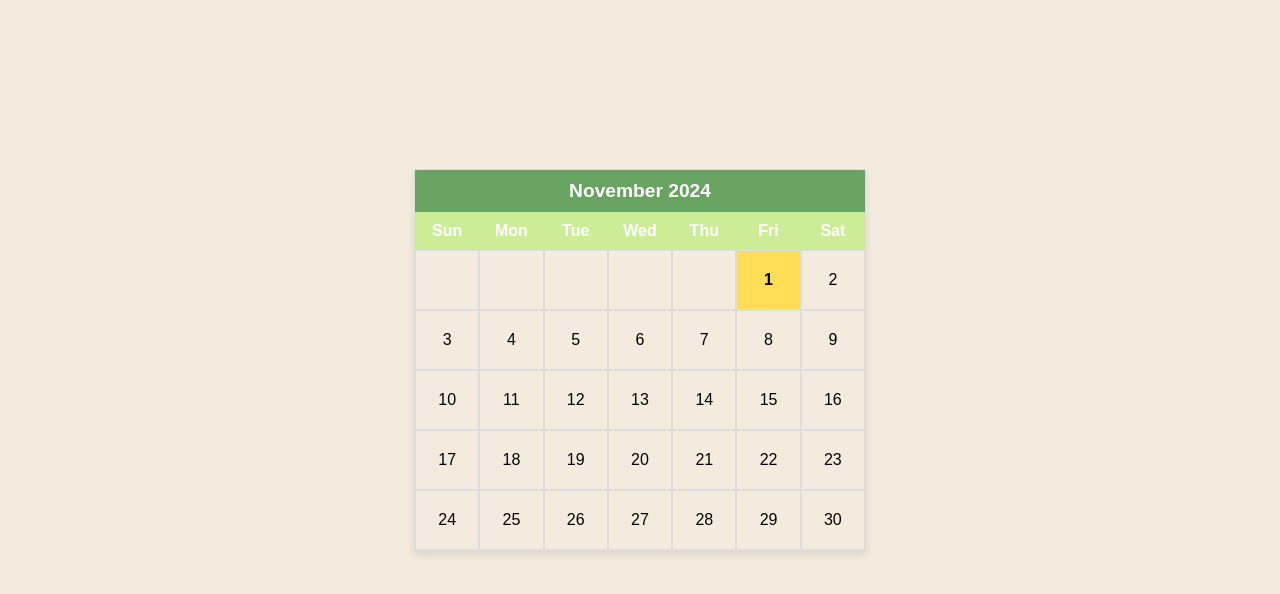
Repository: carrascokarencb37-afk/Nuura
Page: html/calendario.html
An editor plug-in stored every save of this project. The page is shown before and after the next save, followed by the edit.
The browser window is 1280 px wide. The pictures show the whole page.

Above is the page before, as saved 2026-05-28 23:28:50.

### html/calendario.html
<!DOCTYPE html>
<html lang="en">
<head>
    <meta charset="UTF-8">
    <meta name="viewport" content="width=device-width, initial-scale=1.0">
    <title>Simple HTML Calendar - November 2024</title>
    <link rel="stylesheet" href="../css/cale.css">
</head>
<body>
    <!-- Calendar Container -->
    <div class="calendar">
        <!-- Month and Year Header -->
        <div class="calendar-header">November 2024</div>

        <!-- Days of the Week -->
        <div class="calendar-days">
            <div>Sun</div>
            <div>Mon</div>
            <div>Tue</div>
            <div>Wed</div>
            <div>Thu</div>
            <div>Fri</div>
            <div>Sat</div>
        </div>

        <!-- Calendar Dates -->
        <div class="calendar-dates">
            <!-- Blank spaces for days before the month starts on Friday -->
            <div></div>
            <div></div>
            <div></div>
            <div></div>
            <div></div>
            <div class="today">1</div>
            <div>2</div>
            <div>3</div>
            <div>4</div>
            <div>5</div>
            <div>6</div>
            <div>7</div>
            <div>8</div>
            <div>9</div>
            <div>10</div>
            <div>11</div>
            <div>12</div>
            <div>13</div>
            <div>14</div>
            <div>15</div>
            <div>16</div>
            <div>17</div>
            <div>18</div>
            <div>19</div>
            <div>20</div>
            <div>21</div>
            <div>22</div>
            <div>23</div>
            <div>24</div>
            <div>25</div>
            <div>26</div>
            <div>27</div>
            <div>28</div>
            <div>29</div>
            <div>30</div>
</body>
</html>

### css/cale.css

        /* Basic page styling */
        body {
            font-family: Arial, sans-serif;
            display: flex;
            justify-content: center;
            align-items: center;
            min-height: 100vh;
            background-color: #f3ecde;
            margin: 0;
        }

        /* Calendar container */
        .calendar {
            width: 450px;
            border: 1px solid #ddd;
            box-shadow: 0 4px 8px rgba(0, 0, 0, 0.1);
        }

        /* Calendar header styling */
        .calendar-header {
            text-align: center;
            background-color: #619f5af1;
            color: white;
            padding: 10px;
            font-size: 1.2em;
            font-weight: bold;
        }

        /* Days of the week styling */
        .calendar-days {
            display: grid;
            grid-template-columns: repeat(7, 1fr);
            background-color:#cbee93f1;
            color: white;
        }

        .calendar-days div {
            padding: 10px;
            text-align: center;
            font-weight: bold;
        }

        /* Date cells styling */
        .calendar-dates {
            display: grid;
            grid-template-columns: repeat(7, 1fr);
        }

        .calendar-dates div {
            padding: 20px;
            text-align: center;
            border: 1px solid #ddd;
        }

        /* Highlight today */
        .today {
            background-color: #ffdd57;
            font-weight: bold;
        }

After the next save:
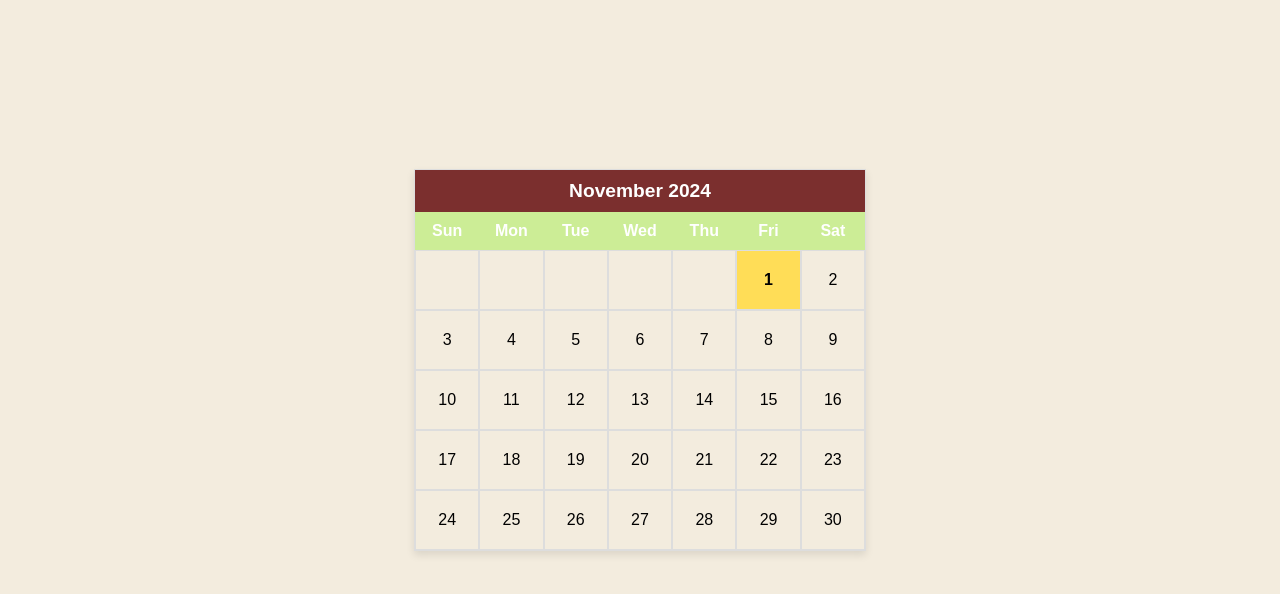
Saved 15 s later.
--- a/css/cale.css
+++ b/css/cale.css
@@ -20,7 +20,7 @@
         /* Calendar header styling */
         .calendar-header {
             text-align: center;
-            background-color: #619f5af1;
+            background-color: #752525f1;
             color: white;
             padding: 10px;
             font-size: 1.2em;
